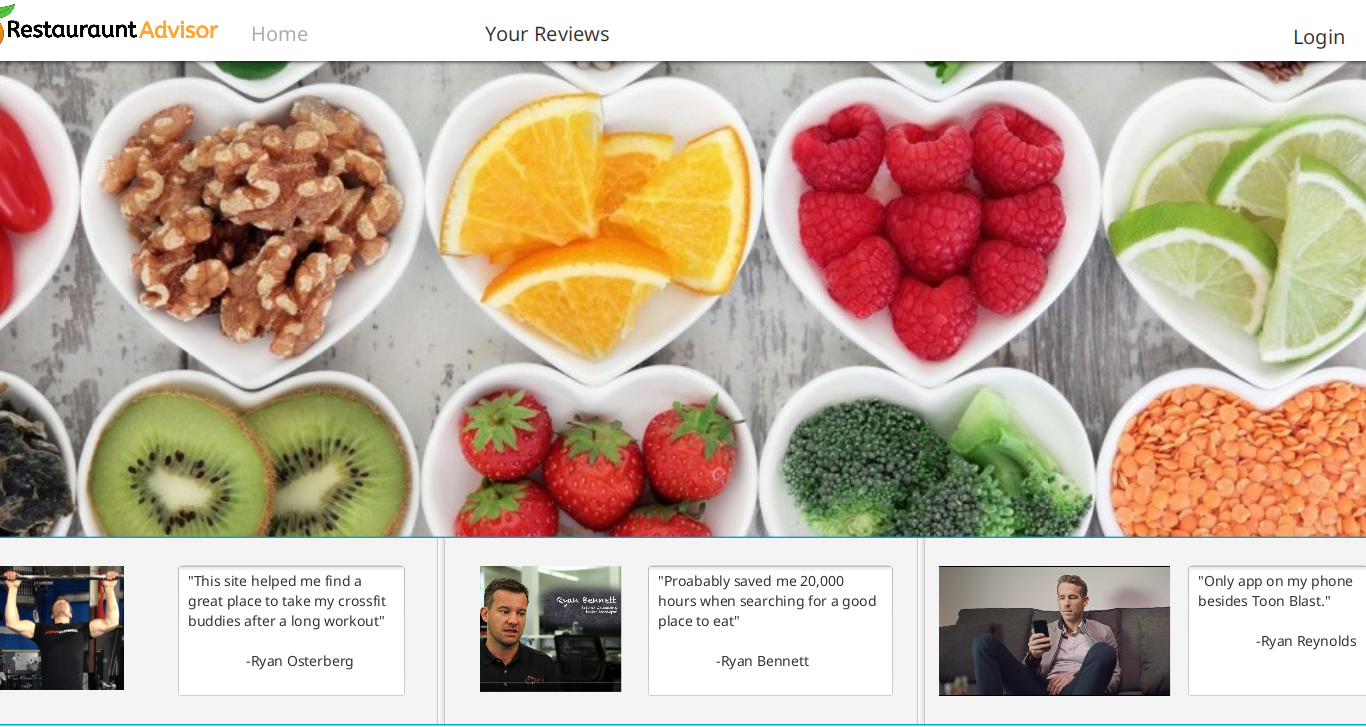
Repository: 19kima/RestaurantAdvisor
Program's window: java DSFinal2.0/src/application/Main.java
These files come from the project's save history. The program's window is drawn as it stood at one moment and after the next save; the edit follows.
It runs on Java 21 on a 1366 x 768 screen with JavaFX 11; the title bar is not drawn. Parts beyond the screen are cut off. It also reads DSFinal2.0/src/images/20000hours.JPG, DSFinal2.0/src/images/FitBoi.jpg, DSFinal2.0/src/images/Reynolds.jpg, DSFinal2.0/src/images/logo.png, DSFinal2.0/src/images/mmmmmyberries.jpg.

Above is the program's window before, as saved 2018-11-15 03:41:48.

After the next save:
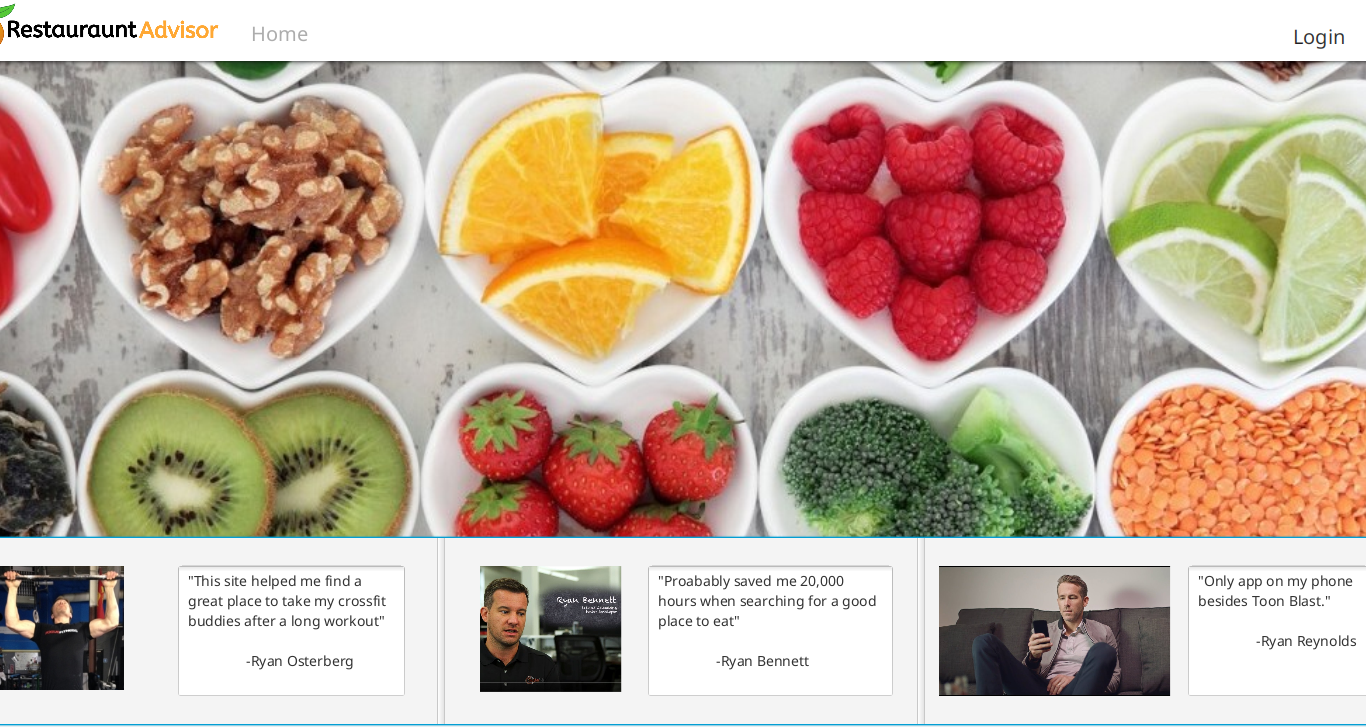
Saved 33 s later.
--- a/DSFinal2.0/src/controllers/HomeViewController.java
+++ b/DSFinal2.0/src/controllers/HomeViewController.java
@@ -93,8 +93,11 @@
 		System.out.println(Main.isLoggedin());
 		if (Main.isLoggedin()) {
 			Login.setText("John Doe");
+		} else {
+			Restaurants.setText("");
+			YourReviews.setText("");
 		}
-		Restaurants.setText("");
+
 	}
 
 }
